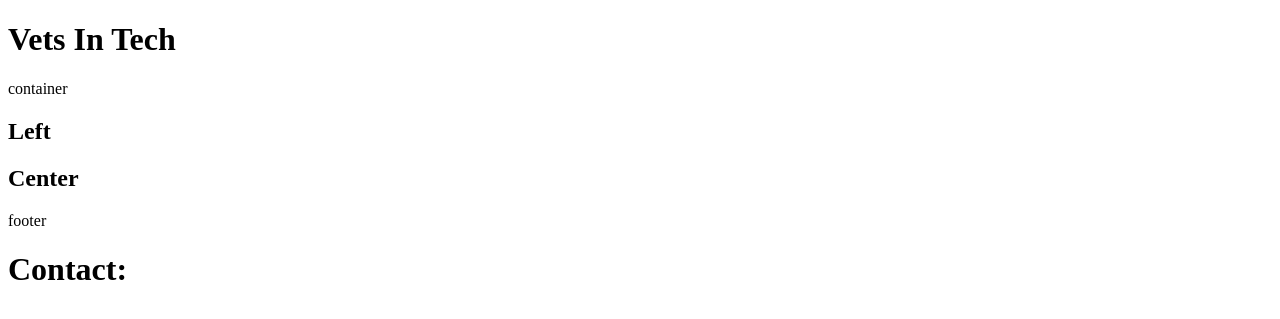
Repository: 3EyEdRav3n/10-2020-cohort-course
Page: week-1/Week-1 Assignment/index.html
The author's editor kept a copy of each file at every save. The page is drawn from the files as they stood at one save, then again after the next save.
The browser window is 1280 px wide. The pictures show the whole page.

Above is the page before, as saved 2020-11-01 17:17:40.

After the next save:
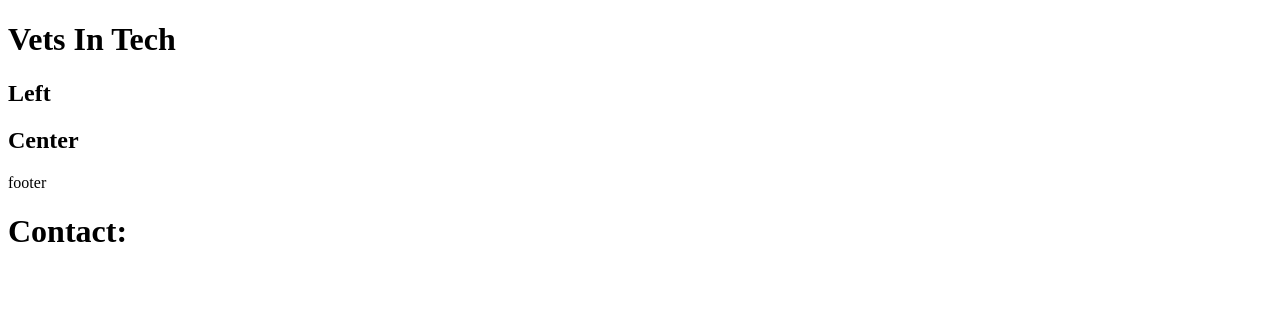
Saved 18 s later.
--- a/week-1/Week-1 Assignment/index.html
+++ b/week-1/Week-1 Assignment/index.html
@@ -11,14 +11,14 @@
     <div class="header">
       <h1>Vets In Tech</h1>
     </div>
-    <div class="container">container</div>
-    <div class="left-col">
-      <h2>Left</h2>
+    <div class="container">
+      <div class="left-col">
+        <h2>Left</h2>
+      </div>
+      <div class="center-col">
+        <h2>Center</h2>
+      </div>
     </div>
-    <div class="center-col">
-      <h2>Center</h2>
-    </div>
-
     <div class="footer">footer</div>
     <h1>Contact:</h1>
   </body>
